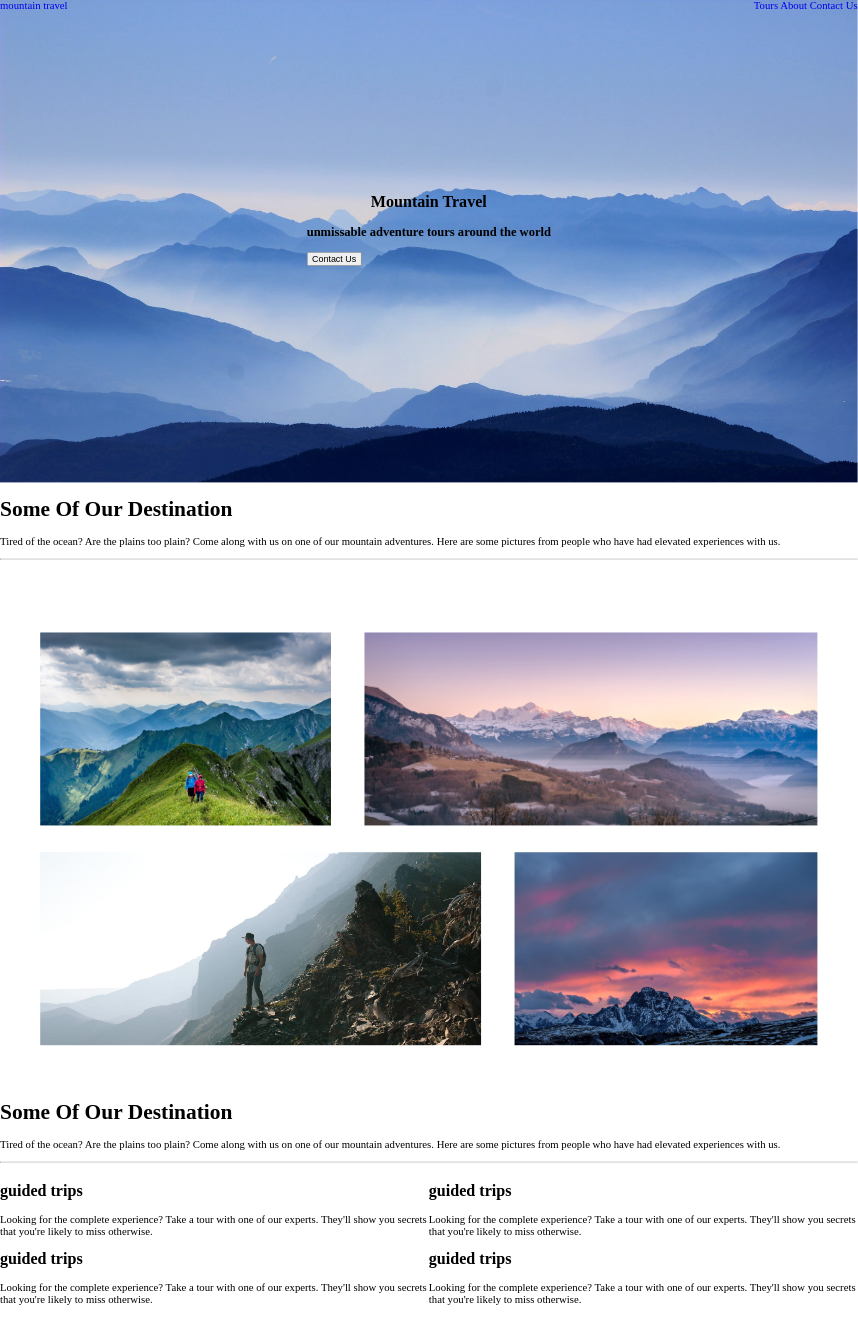
Repository: Einsteiniumeinsteinian/Advanced-CSS
Page: css-project-starter-code/index.html
The author's editor kept a copy of each file at every save. The page is drawn from the files as they stood at one save, then again after a run of saves.
The browser window is 1280 px wide. The pictures show the whole page, at 67% of full size.

Above is the page before, as saved 2021-08-15 19:10:38.

### css-project-starter-code/index.html
<!DOCTYPE html>
<html>

<head>
  <meta charset="utf-8">
  <meta name="viewport" content="width=device-width, initial-scale=1">
  <title>Mountain Travel</title>
  <link href="https://fonts.googleapis.com/css?family=Open+Sans" rel="stylesheet">
  <link href="https://fonts.googleapis.com/css?family=Quicksand" rel="stylesheet">
  <link rel="stylesheet" href="assets/css/styles.css">
</head>

<body>
  <!-- Forked from a template on Tutorialzine: https://tutorialzine.com/2016/06/freebie-landing-page-template-with-flexbox -->
  <header>
    <nav>
      <a href="#"> mountain travel</a>
      <span class="nav-span">
        <a href="#"> Tours</a>
        <a href="#"> About</a>
        <a href="#"> Contact Us</a>
      </span>
    </nav>
    <div class="top-container">
      <div class="header-text-wrapping">
        <h2>Mountain Travel</h2>
        <h3>unmissable adventure tours around the world</h3>
        <button>Contact Us</button>
      </div>

    </div>
  </header>
  <div>
    <h1>
      Some Of Our Destination
    </h1>
    <p>
      Tired of the ocean? Are the plains too plain? Come along with us on one of our mountain adventures. Here are some
      pictures from people who have had elevated experiences with us.
    </p>
    <hr>
  </div>

  <section class="photo-section">
    <div class="photo-set-div">
      <img class="img" src="assets/img/mountain1.jpg" alt="">
      <img class="img img-2" src="assets/img/mountain2.jpg" alt="">
    </div>
    <div class="photo-set-div">
      <img class="img img-3" src="assets/img/mountain3.jpg" alt="">
      <img class="img" src="assets/img/mountain4.jpg" alt="">
    </div>
  </section>

  <div>
    <h1>
      Some Of Our Destination
    </h1>
    <p>
      Tired of the ocean? Are the plains too plain? Come along with us on one of our mountain adventures. Here are some
      pictures from people who have had elevated experiences with us.
    </p>
    <hr>
  </div>
  <section class="package-section">
    <div class="package-set">
      <div class="package">
        <h1>
          guided trips
        </h1>
        <p>Looking for the complete experience? Take a tour with one of our experts. They'll show you secrets that you're likely to
        miss otherwise.</p>
      </div>
        <div class="package">
          <h1>
            guided trips
          </h1>
          <p>Looking for the complete experience? Take a tour with one of our experts. They'll show you secrets that you're
            likely to
            miss otherwise.</p>
        </div>
    </div>
      <div class="package-set">
        <div class="package">
          <h1>
            guided trips
          </h1>
          <p>Looking for the complete experience? Take a tour with one of our experts. They'll show you secrets that you're
            likely to
            miss otherwise.</p>
        </div>
          <div class="package">
            <h1>
              guided trips
            </h1>
            <p>Looking for the complete experience? Take a tour with one of our experts. They'll show you secrets that you're
              likely to
              miss otherwise.</p>
          </div>
      </div>
  </section>
</body>

</html>

### css-project-starter-code/assets/css/styles.css
body{
    margin: 0;
    /* font-family: ; */
}
header{
  /* display: flex; */
  background-image: url('../img/main.jpg');
  background-repeat: no-repeat;
background-size: cover;
    min-height: 100vh;
}
nav{
    display: flex;
    justify-content: space-between;
    min-height: 30vh;
}
.top-container{
    margin-top: 10vh;
    display: flex;
    flex-direction: column;
    justify-content: center;
    align-items: center;
}
h2{
    margin-top: 0;
   text-align: center;
}
a{
    text-decoration: none;
}

/** Photo Section */
.photo-section{
    padding: 60px;
    display: flex;
    flex-direction: column;
}
.photo-set-div{
    margin-top: 40px;
    flex-grow: 1;
    display: flex;
    height: 40vh;
    flex-basis: 100px;
}

.img{
    min-width: 0;
flex-basis: 400px;
flex-grow: 1;
  object-fit: cover;
}
.img-2{
    margin-left: 50px;
    flex-grow: 8;
}
.img-3{
    margin-right: 50px;
    flex-grow: 5;
}

/** Packages */
.package-section{
   display: flex;
}

After the next 3 saves:
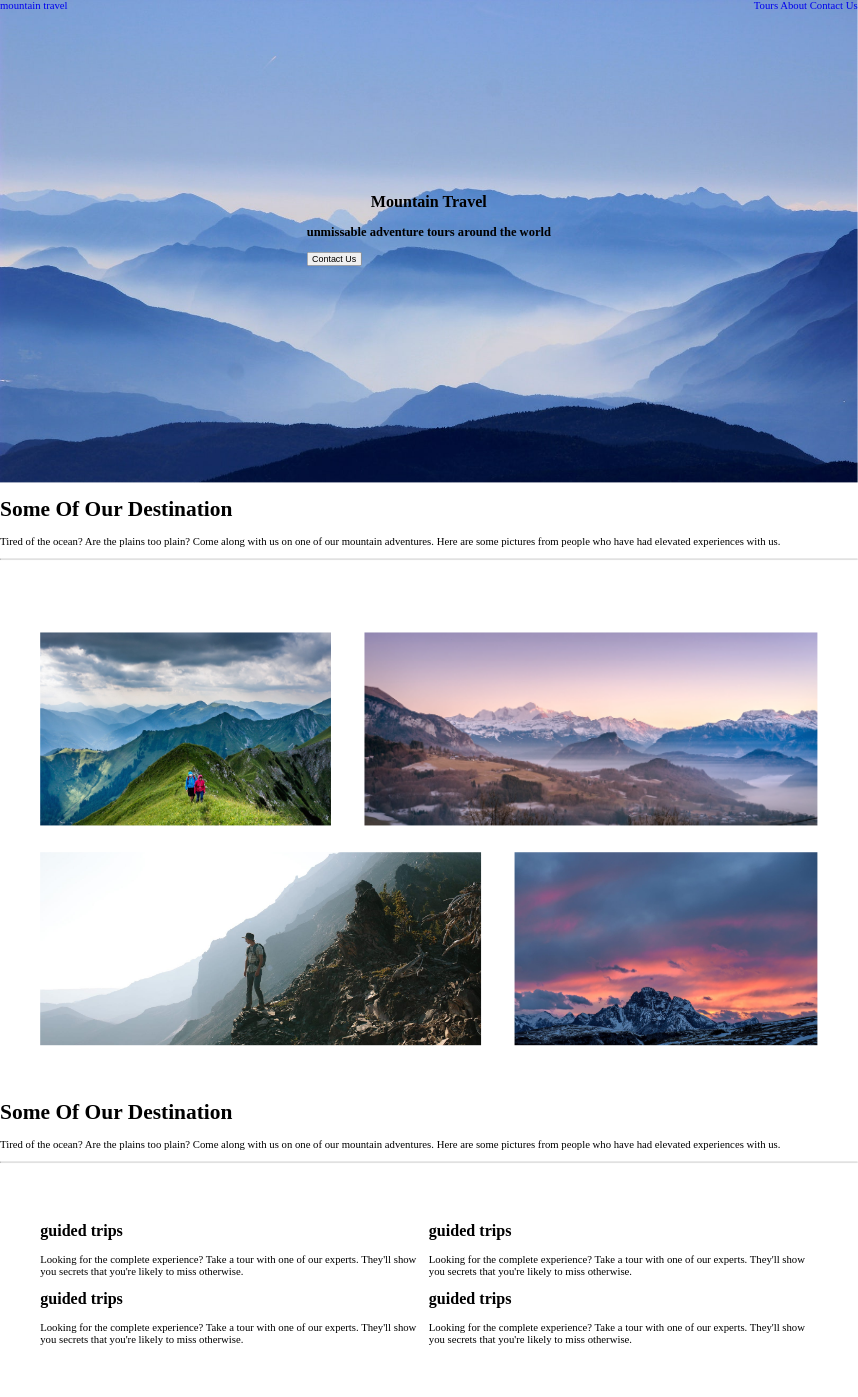
The 3 saves are shown as one change because they came seconds apart.
The last was saved 63 s later.
--- a/css-project-starter-code/assets/css/styles.css
+++ b/css-project-starter-code/assets/css/styles.css
@@ -60,5 +60,6 @@ flex-grow: 1;
 
 /** Packages */
 .package-section{
+    padding: 60px;
    display: flex;
 }
